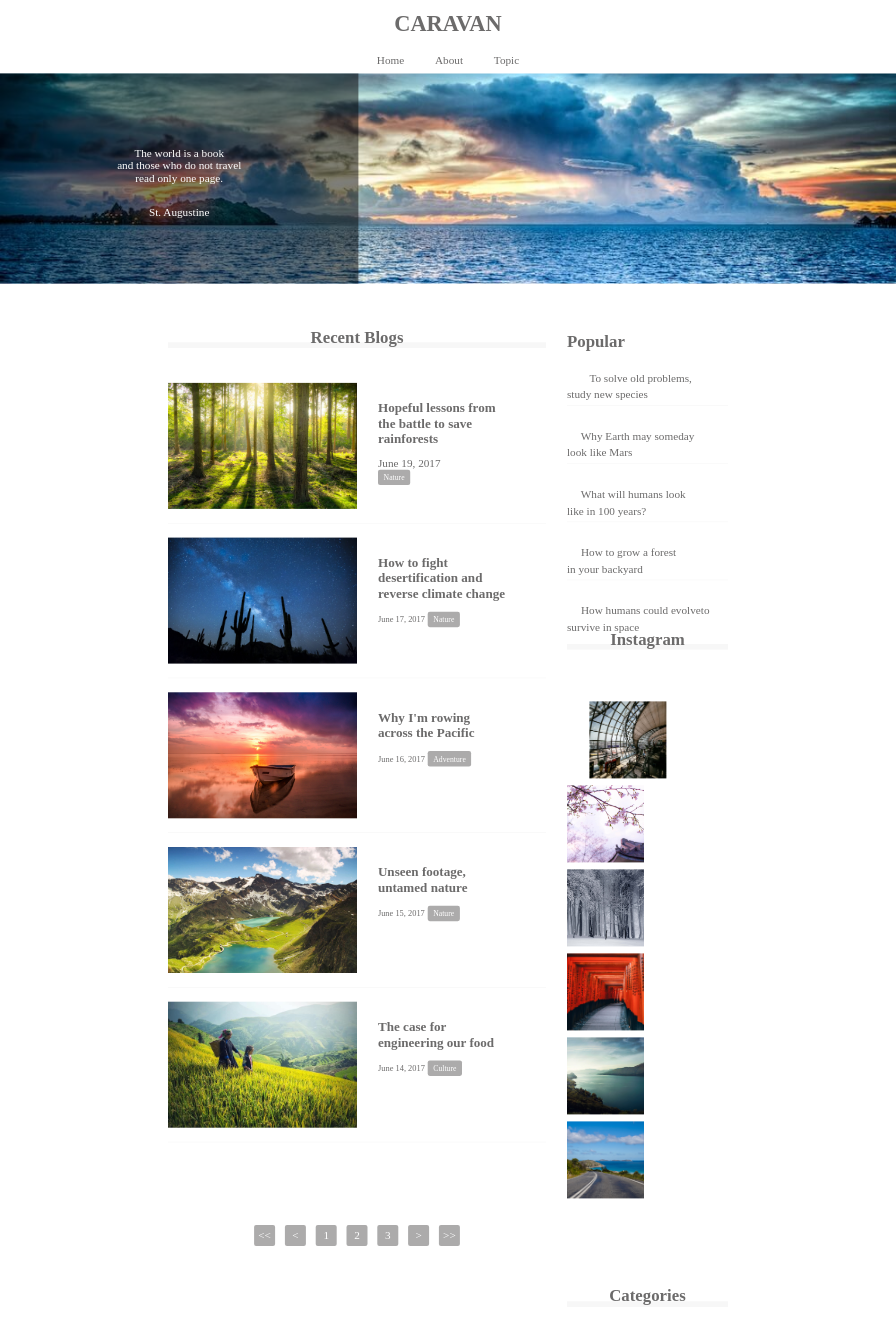
Repository: ayakodesu/html-practice
Page: caravan/index.html
The author's editor kept a record of every edit. The page is drawn from the files as they stood at one moment, then again after the next edit.
The browser window is 1280 px wide. The pictures show the part of the page from y = 0 to 1920 px (the page is 2547 px tall before and 2666 px after), at 70% of full size.

Above is the page before.

After the next edit:
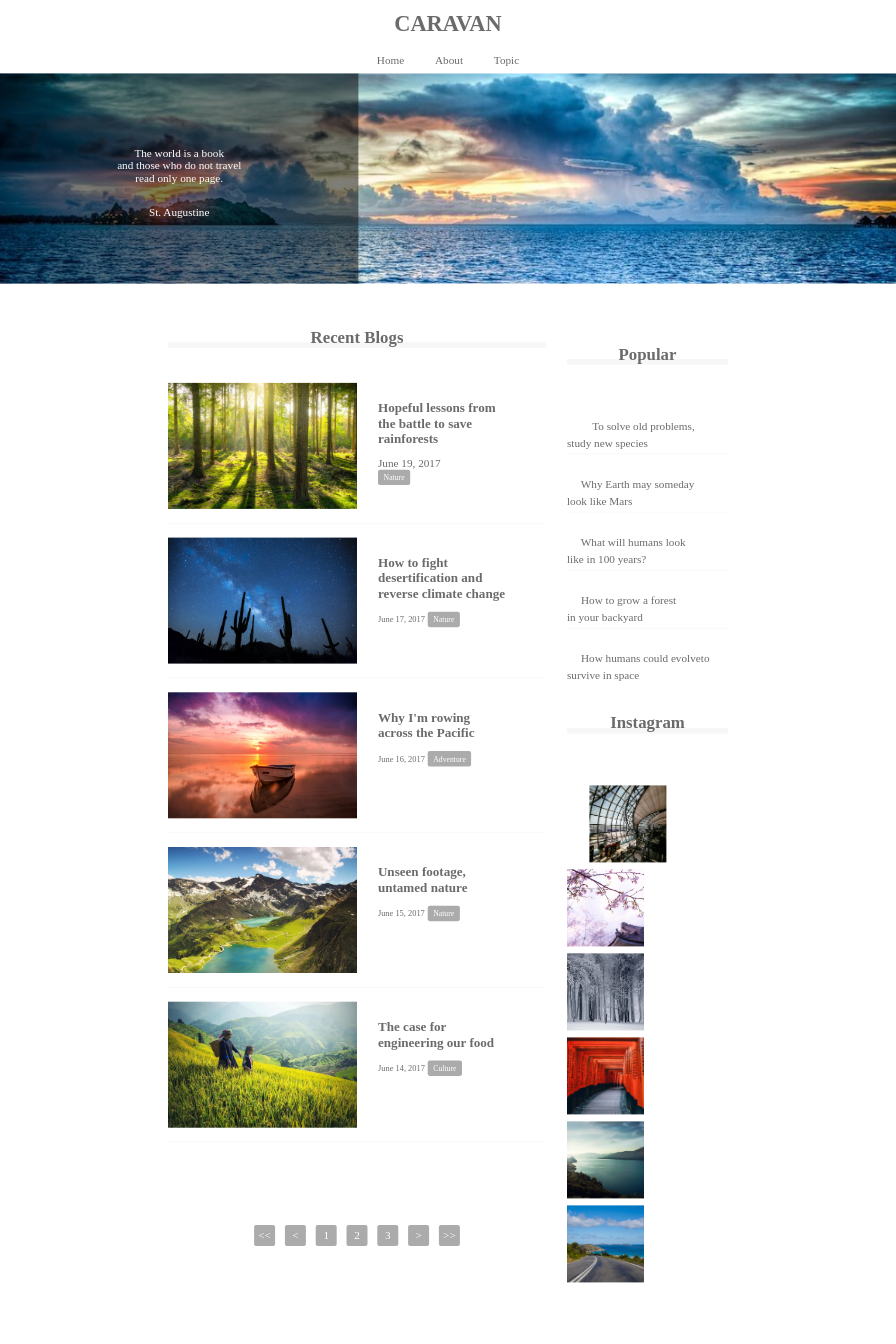
The edit:
--- a/caravan/index.html
+++ b/caravan/index.html
@@ -130,10 +130,10 @@
   </section>
   <div class="sidebar">
     <section class="popular">
-    <h2 class="popular-heading commo-heading">Popular</h2>
-    <div class="sedebar-contents">
-   　 <p class="popular-text">
-   　　To solve old problems,<br />study new species
+    　<h2 class="popular-heading common-heading">Popular</h2>
+     <div class="sidebar-contents">
+   　  <p class="popular-text">
+   　 　To solve old problems,<br />study new species
    　　</p>
 
    　<p class="popular-text">
